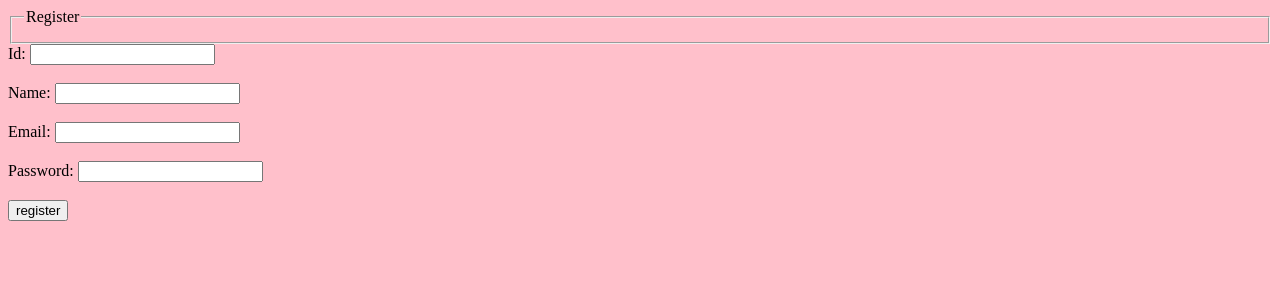
Repository: pawankumarsharm/UST_JDBC_SERVLET
Page: jdbc/empwebapp/WebContent/register.html
The author's editor kept a copy of each file at every save. The page is drawn from the files as they stood at one save, then again after the next save.
The browser window is 1280 px wide. The pictures show the whole page.

Above is the page before, as saved 2019-11-15 10:45:42.

After the next save:
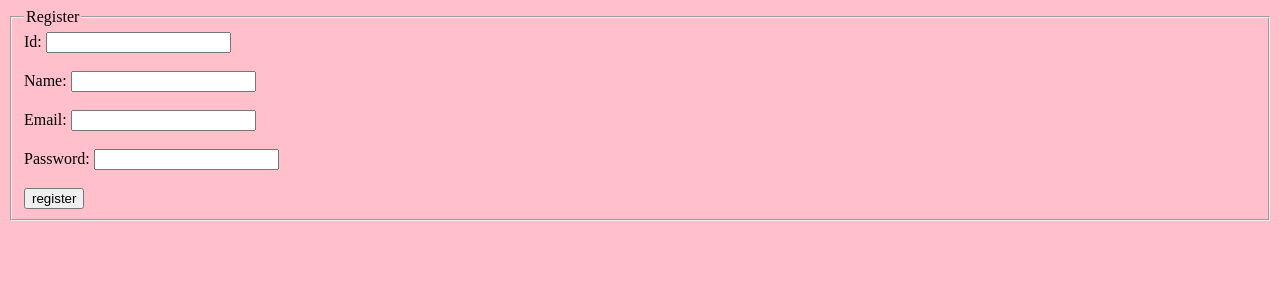
Saved 3 min 4 s later.
--- a/jdbc/empwebapp/WebContent/register.html
+++ b/jdbc/empwebapp/WebContent/register.html
@@ -11,7 +11,7 @@
 
 
 
-</fieldset>
+
 <table></table>
 		Id: <input name="id" type="text"><br><br>
 		Name: <input name="name" type="text"><br><br>
@@ -19,6 +19,6 @@
 		Password: <input type="password" name="password"><br><br>
 		<input type="submit" value ="register"><br>
 	</form>
-
+</fieldset>
 </body>
 </html>
